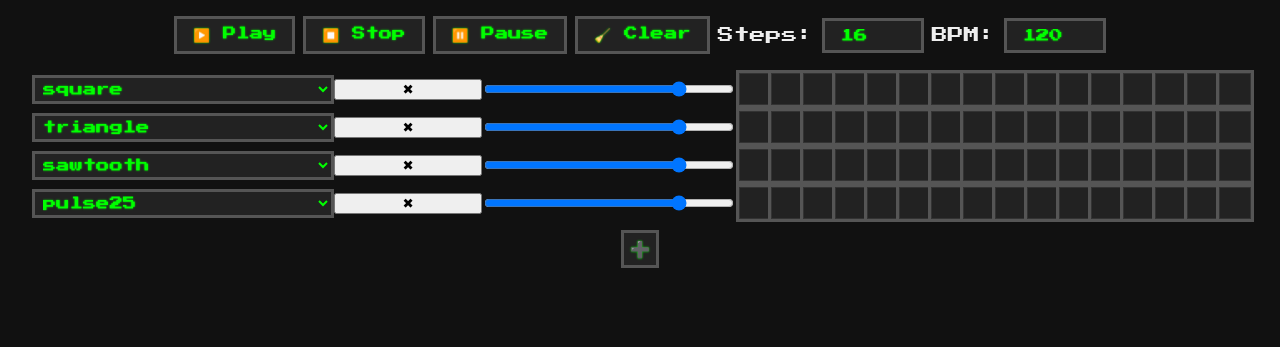
Repository: Aldentec/8-bit-Composer
Page: index.html
The author's editor kept a copy of each file at every save. The page is drawn from the files as they stood at one save, then again after the next save.
The browser window is 1280 px wide. The pictures show the whole page.
Some web libraries are served in a nearby version.

Above is the page before, as saved 2025-05-28 16:44:46.

After the next save:
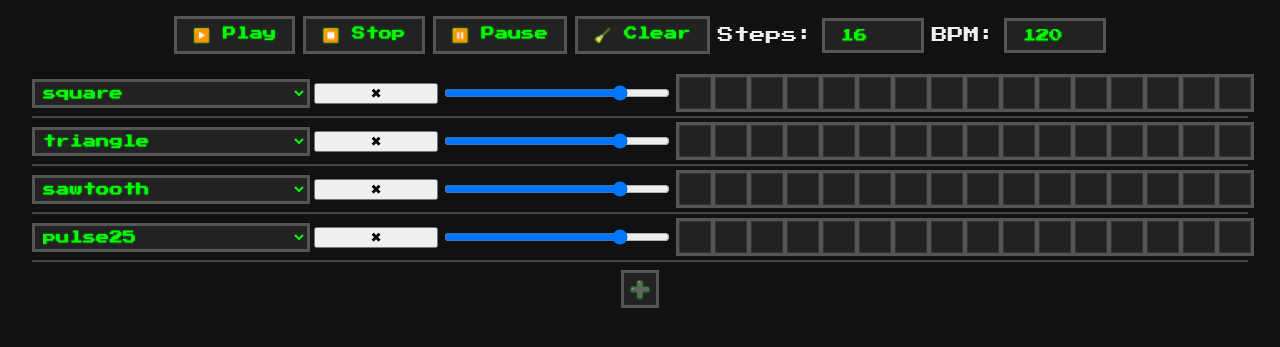
Saved 14 s later.
--- a/style.css
+++ b/style.css
@@ -41,24 +41,6 @@
   border-color: #0f0;
 }
 
-#controls button {
-  background: #222;
-  border: 3px solid #555;
-  color: #0f0;
-  font-family: inherit;
-  padding: 0.5rem 1rem;
-  cursor: pointer;
-  transition: background 0.1s, border-color 0.1s;
-}
-
-/* Active state */
-#controls button.active {
-  background: #0f0;
-  border-color: #0f0;
-  color: #000;
-  box-shadow: inset 0 0 5px #0f0;
-}
-
 /* Note picker */
 #note-picker-container {
   margin-bottom: 1rem;
@@ -85,7 +67,9 @@
 .grid-row {
   display: grid;
   align-items: center;
-  gap: 0; /* no gap between columns */
+  gap: 4px;
+  padding: 4px 0;
+  border-bottom: 2px solid #444;
 }
 
 /* Instrument dropdown */
@@ -118,29 +102,10 @@
   text-shadow: 0 0 1px #0f0;
   user-select: none;
 }
-/* base active cell */
 .cell.active {
-  background: #0f0;
+  background: #000;
   border-color: #0f0;
-}
-
-/* if a cell has an active neighbor on the left, hide its left border */
-.cell.connected-left {
-  border-left-color: transparent;
-  border-top-left-radius: 0;
-  border-bottom-left-radius: 0;
-}
-
-/* if a cell has an active neighbor on the right, hide its right border */
-.cell.connected-right {
-  border-right-color: transparent;
-  border-top-right-radius: 0;
-  border-bottom-right-radius: 0;
-}
-
-/* if both sides are connected, make it a flat rectangle */
-.cell.connected-left.connected-right {
-  border-radius: 0;
+  box-shadow: inset 0 0 0 2px #0f0;
 }
 .cell:hover {
   border-color: #0f0;

After the 5 saves that followed:
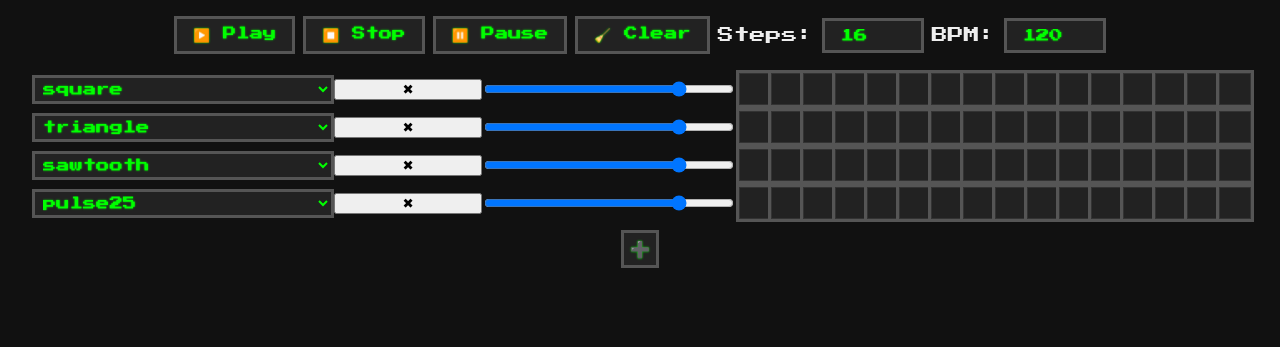
The 5 saves are shown as one change because 3 left the picture as it was and some came seconds apart.
The last was saved 56 s later.
--- a/style.css
+++ b/style.css
@@ -41,6 +41,24 @@
   border-color: #0f0;
 }
 
+#controls button {
+  background: #222;
+  border: 3px solid #555;
+  color: #0f0;
+  font-family: inherit;
+  padding: 0.5rem 1rem;
+  cursor: pointer;
+  transition: background 0.1s, border-color 0.1s;
+}
+
+/* Active state */
+#controls button.active {
+  background: #0f0;
+  border-color: #0f0;
+  color: #000;
+  box-shadow: inset 0 0 5px #0f0;
+}
+
 /* Note picker */
 #note-picker-container {
   margin-bottom: 1rem;
@@ -67,9 +85,7 @@
 .grid-row {
   display: grid;
   align-items: center;
-  gap: 4px;
-  padding: 4px 0;
-  border-bottom: 2px solid #444;
+  gap: 0; /* no gap between columns */
 }
 
 /* Instrument dropdown */
@@ -102,10 +118,29 @@
   text-shadow: 0 0 1px #0f0;
   user-select: none;
 }
+/* base active cell */
 .cell.active {
-  background: #000;
+  background: #0f0;
   border-color: #0f0;
-  box-shadow: inset 0 0 0 2px #0f0;
+}
+
+/* if a cell has an active neighbor on the left, hide its left border */
+.cell.connected-left {
+  border-left-color: transparent;
+  border-top-left-radius: 0;
+  border-bottom-left-radius: 0;
+}
+
+/* if a cell has an active neighbor on the right, hide its right border */
+.cell.connected-right {
+  border-right-color: transparent;
+  border-top-right-radius: 0;
+  border-bottom-right-radius: 0;
+}
+
+/* if both sides are connected, make it a flat rectangle */
+.cell.connected-left.connected-right {
+  border-radius: 0;
 }
 .cell:hover {
   border-color: #0f0;
